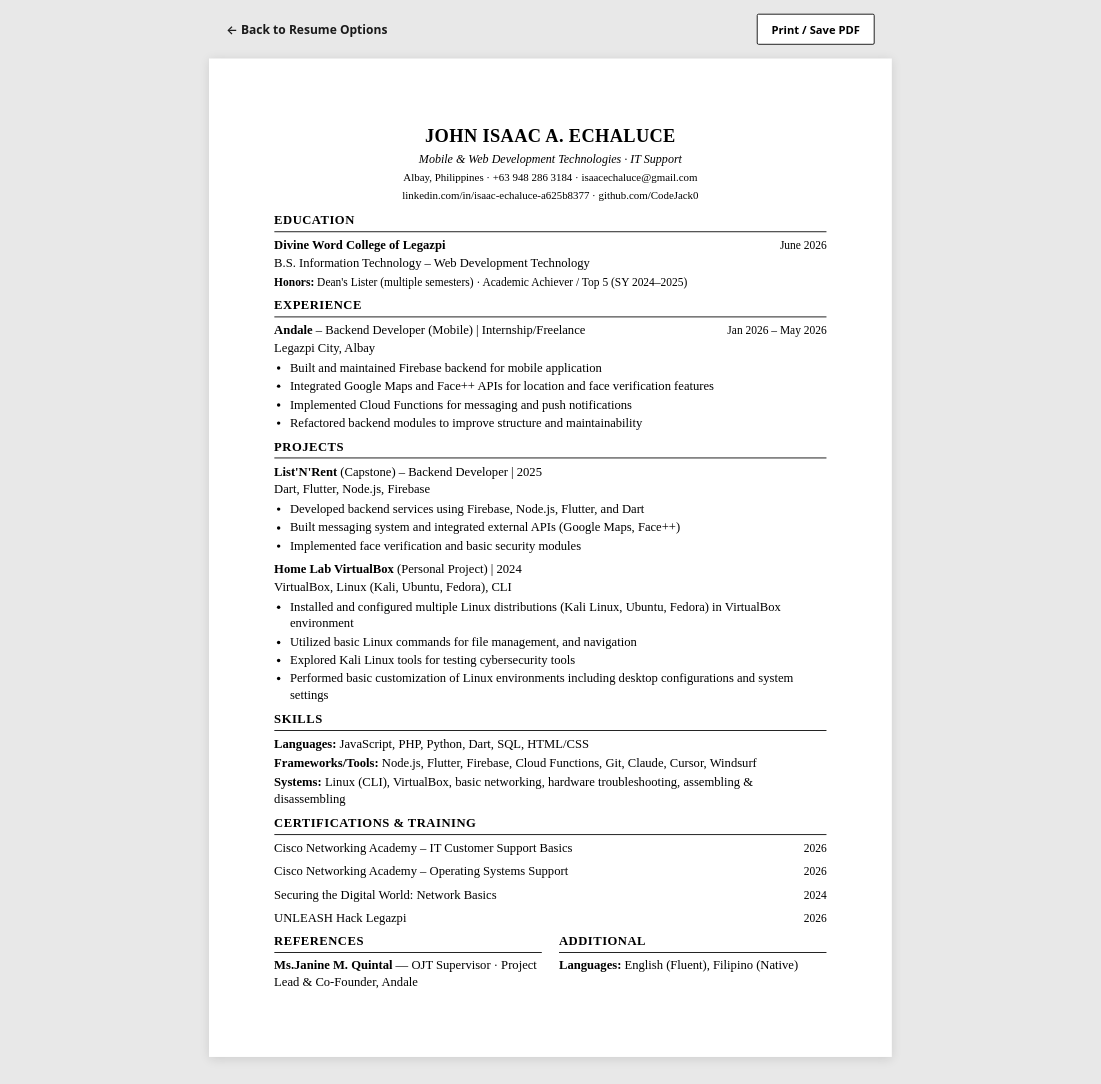
Repository: CodeJack0/Professional_Portfolio
Page: pages/resume.html
These files come from the project's save history. The page is drawn as it stood at one moment and after the next save; the edit follows.
The browser window is 1280 px wide. The pictures show the whole page, at 86% of full size.

Above is the page before, as saved 2026-05-30 09:43:28.

After the next save:
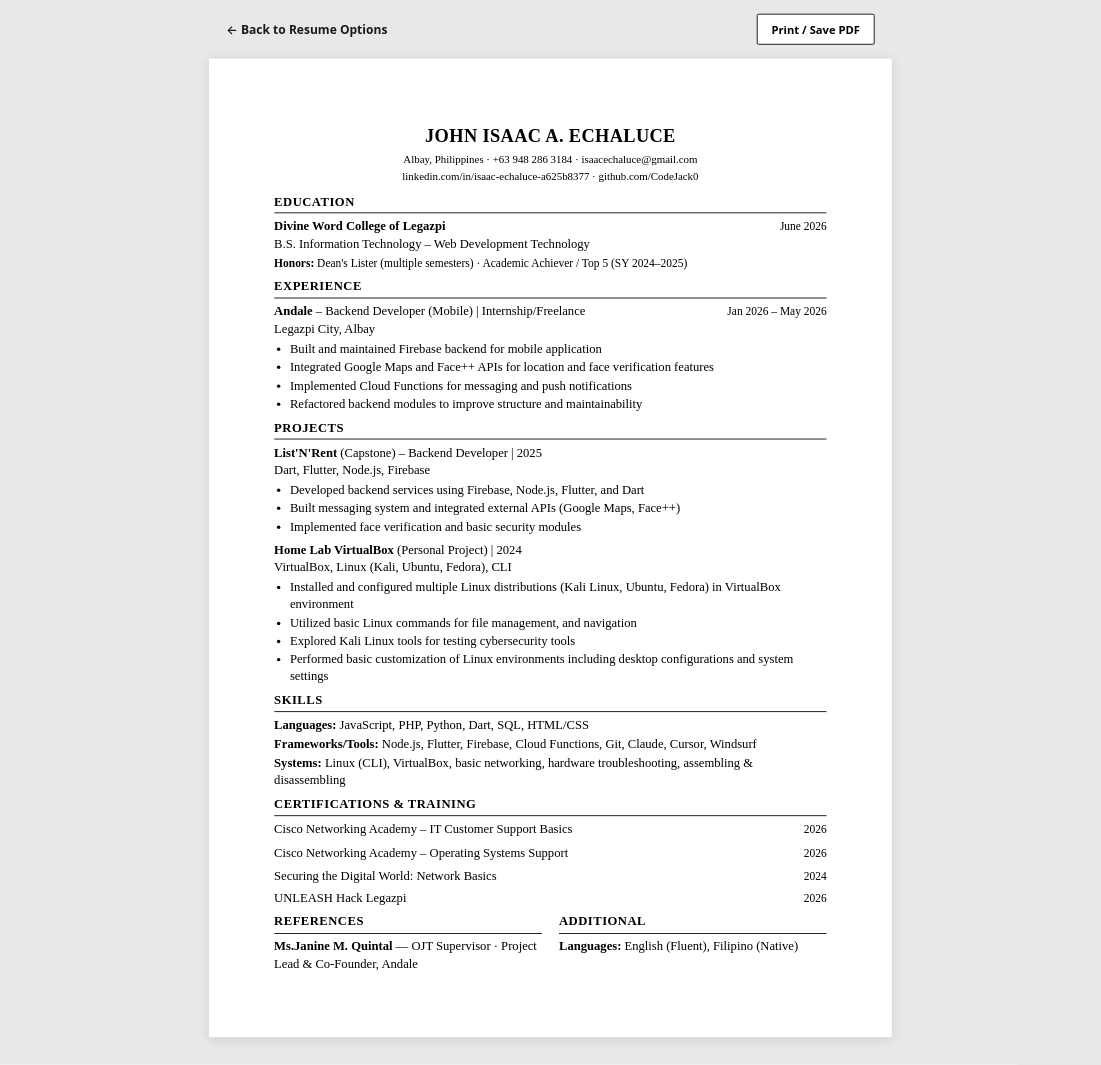
Saved 3 h 52 min later.
--- a/pages/resume.html
+++ b/pages/resume.html
@@ -16,7 +16,6 @@
   <article class="resume-document" aria-label="Resume">
     <header class="resume-header">
       <h1 class="resume-name">John Isaac A. Echaluce</h1>
-      <p class="resume-tagline">Mobile &amp; Web Development Technologies · IT Support</p>
       <p class="resume-contact-line">
         Albay, Philippines · <a href="tel:+639482863184">+63 948 286 3184</a> ·
         <a href="mailto:isaacechaluce@gmail.com">isaacechaluce@gmail.com</a>
